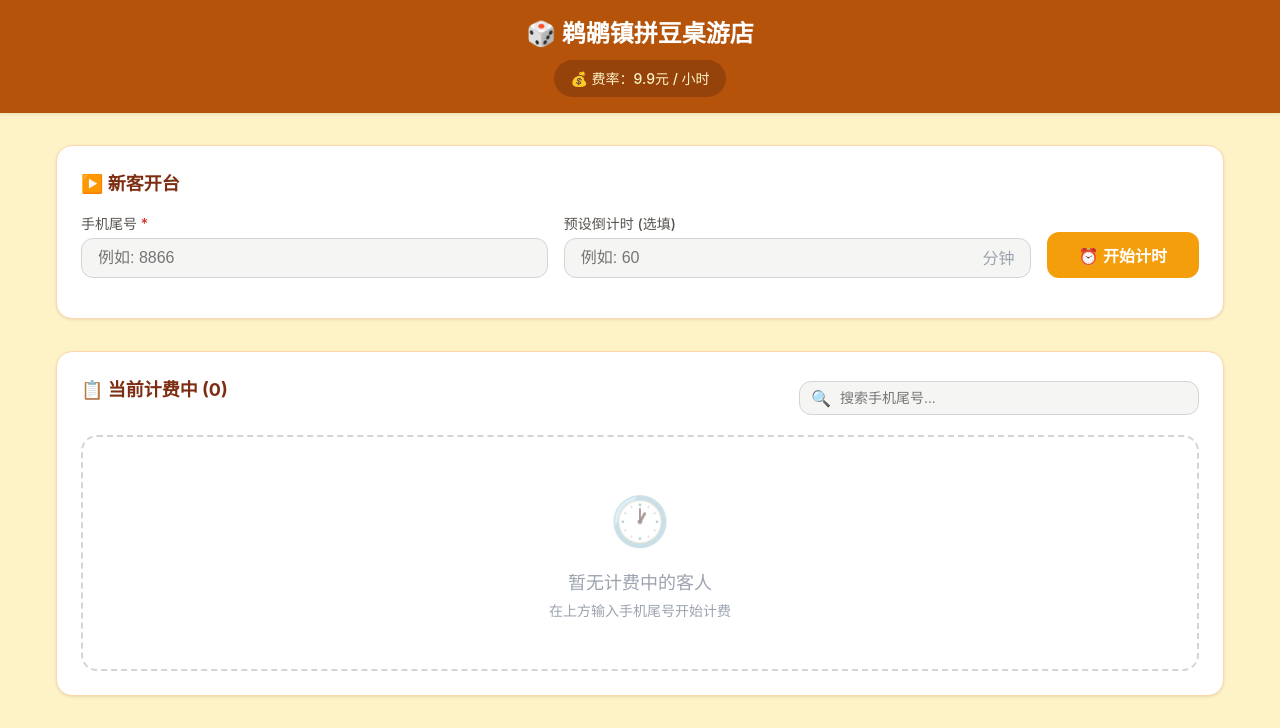
Repository: WRERFSD/jifei
Page: index.html
These files come from the project's save history. The page is drawn as it stood at one moment and after the next save; the edit follows.
The browser window is 1280 px wide. The pictures show the whole page.

Above is the page before, as saved 2026-04-29 15:02:37.

After the next save:
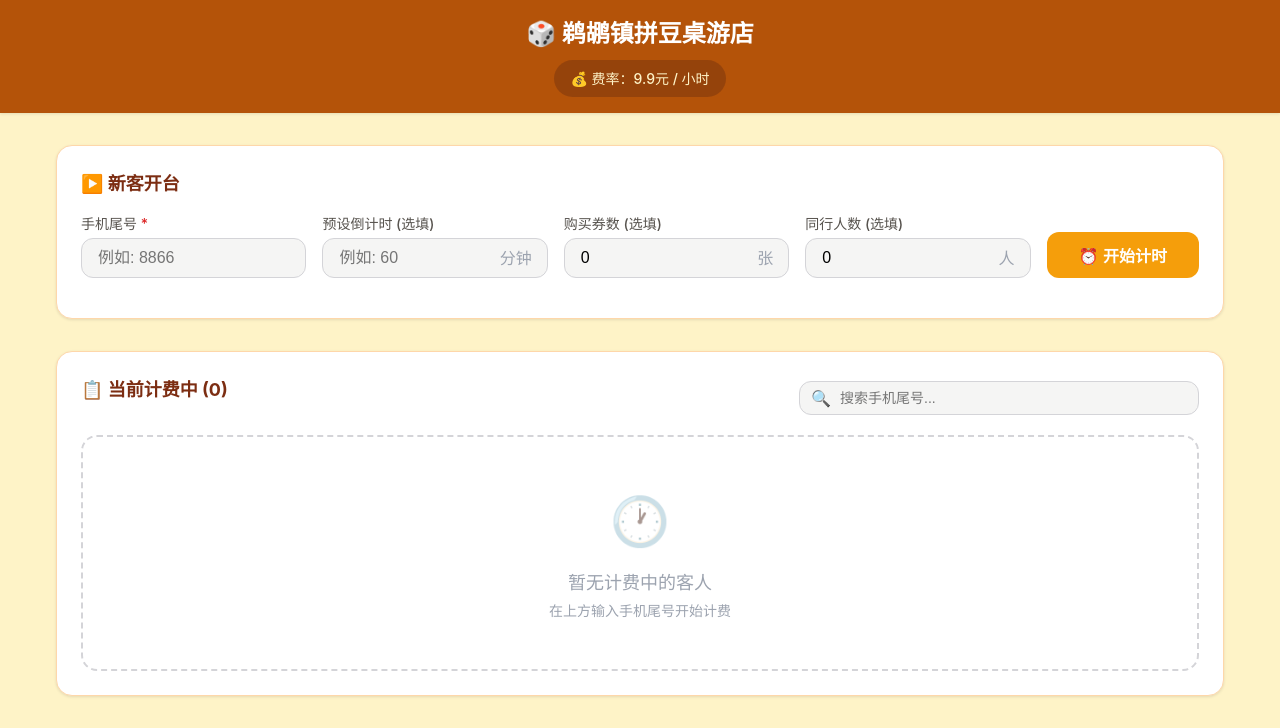
Saved 10 min 52 s later.
--- a/index.html
+++ b/index.html
@@ -562,6 +562,32 @@
                         <span class="input-suffix">分钟</span>
                     </div>
                 </div>
+                <div>
+                    <label for="vouchers">购买券数 (选填)</label>
+                    <div class="input-wrapper">
+                        <input
+                            type="number"
+                            id="vouchers"
+                            min="0"
+                            value="0"
+                            placeholder="0"
+                        />
+                        <span class="input-suffix">张</span>
+                    </div>
+                </div>
+                <div>
+                    <label for="companions">同行人数 (选填)</label>
+                    <div class="input-wrapper">
+                        <input
+                            type="number"
+                            id="companions"
+                            min="0"
+                            value="0"
+                            placeholder="0"
+                        />
+                        <span class="input-suffix">人</span>
+                    </div>
+                </div>
                 <button type="submit" id="startBtn">
                     ⏰ 开始计时
                 </button>
